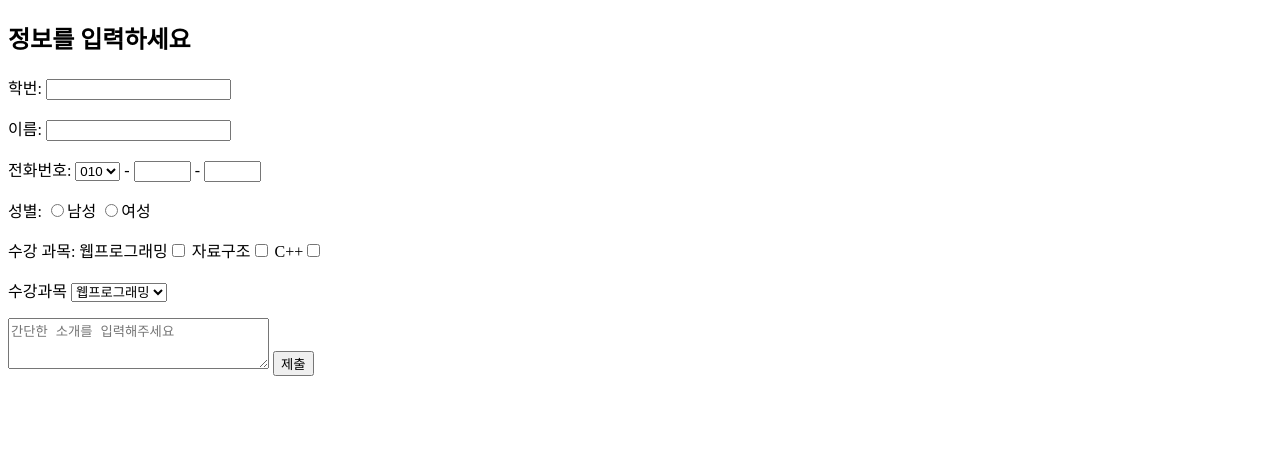
Repository: xxeionw/java_form
Page: http://localhost/formpro/form.jsp
The author's editor kept a copy of each file at every save. The page is drawn from the files as they stood at one save, then again after the next save.
The browser window is 1280 px wide. The pictures show the whole page.
The page is served by Tomcat 9. Other server files are loaded and not shown.

Above is the page before, as saved 2025-05-26 11:14:30.

### formpro/src/main/webapp/form.jsp
<%@ page language="java" contentType="text/html; charset=UTF-8"
    pageEncoding="UTF-8"%>
<!DOCTYPE html>
<html>
<head>
<meta charset="EUC-KR">
<title>입력 폼</title>
</head>
<body>
	<h2> 정보를 입력하세요</h2>
	<%--<form name = "fileForm" method="post" enctype="multipart/form-data" action="result.jsp">
	<input type ="file" name="filename">
	--%>
    <form action="result.jsp" method="post">
        <p>학번: <input type="text" name="studentId"></p>
        <p>이름: <input type="text" name="name"></p>
        <p>전화번호: <select name="phone1">
        	<option value="010">010</option>
        	<option value="011">011</option>
        	<option value="02">02</option>
        </select> -
        <input type="text" maxlength="4" size="4" name="phone2"> -
        <input type="text" maxlength="4" size="4" name="phone3"></p>

        <p>성별: <input type ="radio" name ="sex" value= "남성">남성
        <input type = "radio" name ="sex" value="여성">여성

        <p>수강 과목: 웹프로그래밍<input type="checkbox" name="subject1">
        	자료구조<input type="checkbox" name="subject2">
        	C++<input type="checkbox" name="subject3">
        <p>수강과목
            <select name="subject">
                <option value="웹프로그래밍">웹프로그래밍</option>
                <option value="자료구조">자료구조</option>
                <option value="알고리즘">알고리즘</option>
            </select>
        </p>
        <textarea name = "comment" cols="30" rows="3" placeholder="간단한 소개를 입력해주세요"></textarea>
        <input type="submit" value="제출">
    </form>
</body>
</html>

After the next save:
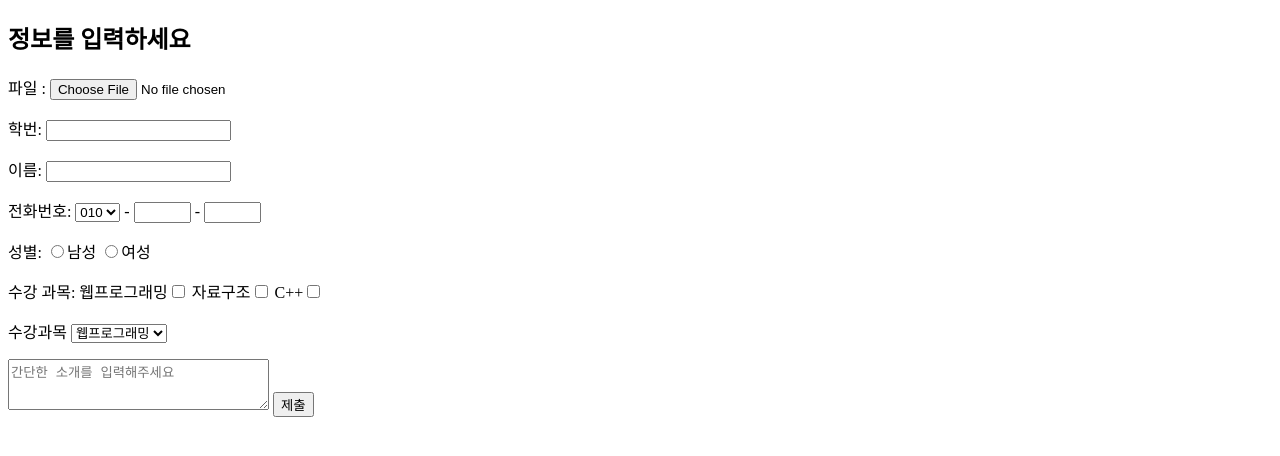
Saved 14 min 5 s later.
--- a/formpro/src/main/webapp/form.jsp
+++ b/formpro/src/main/webapp/form.jsp
@@ -11,7 +11,8 @@
 	<%--<form name = "fileForm" method="post" enctype="multipart/form-data" action="result.jsp">
 	<input type ="file" name="filename">
 	--%>
-    <form action="result.jsp" method="post">
+    <form action="result.jsp" method="post" enctype="multipart/form-data" >
+        <p>파일 : <input type="file" name="filename">
         <p>학번: <input type="text" name="studentId"></p>
         <p>이름: <input type="text" name="name"></p>
         <p>전화번호: <select name="phone1">
